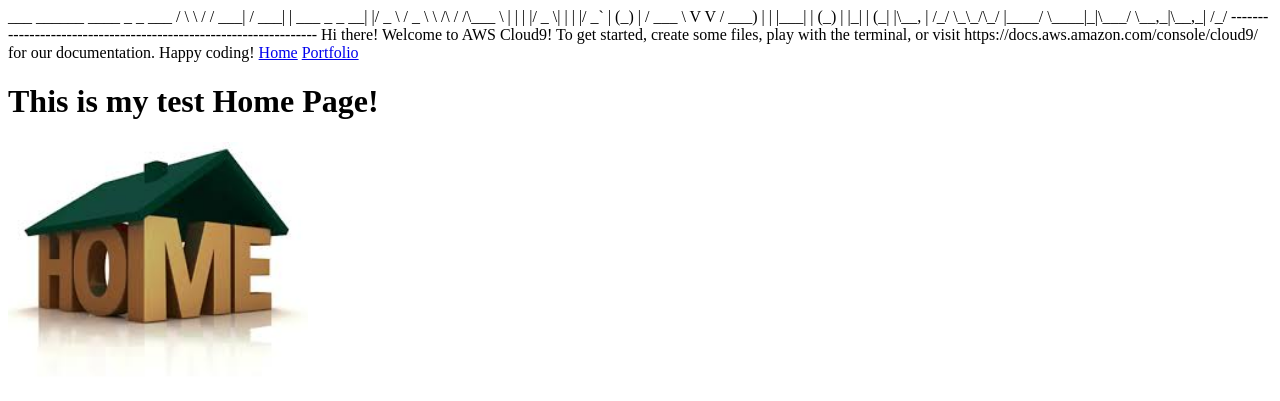
Repository: djensen2080/djensen2080.github.io
Page: my_website/index.html
The author's editor kept a record of every edit. The page is drawn from the files as they stood at one moment, then again after the next edit.
The browser window is 1280 px wide. The pictures show the whole page.

Above is the page before.

After the next edit:
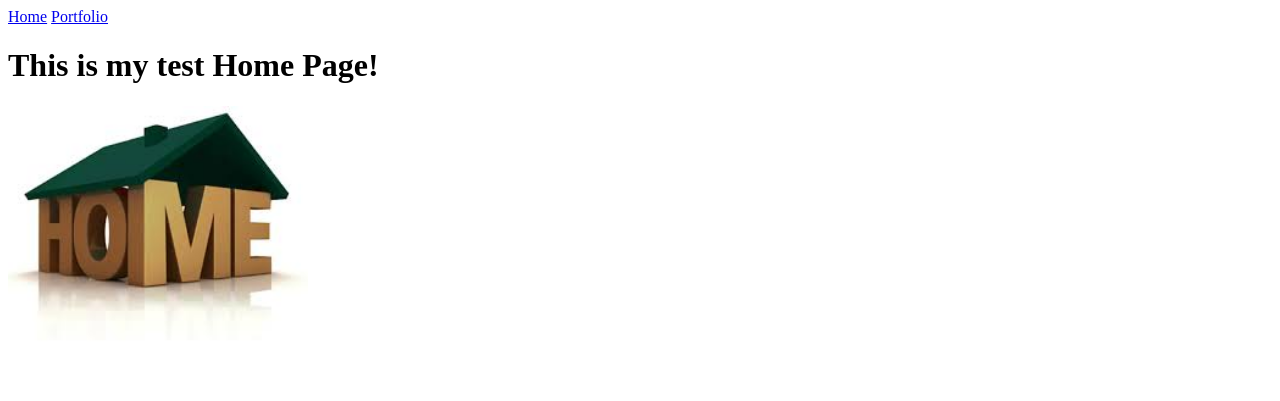
The edit:
--- a/my_website/index.html
+++ b/my_website/index.html
@@ -1,17 +1,5 @@
-         ___        ______     ____ _                 _  ___
-        / \ \      / / ___|   / ___| | ___  _   _  __| |/ _ \
-       / _ \ \ /\ / /\___ \  | |   | |/ _ \| | | |/ _` | (_) |
-      / ___ \ V  V /  ___) | | |___| | (_) | |_| | (_| |\__, |
-     /_/   \_\_/\_/  |____/   \____|_|\___/ \__,_|\__,_|  /_/
- -----------------------------------------------------------------
 
 
-Hi there! Welcome to AWS Cloud9!
-
-To get started, create some files, play with the terminal,
-or visit https://docs.aws.amazon.com/console/cloud9/ for our documentation.
-
-Happy coding!
 <!doctype html>
 <html lang="en">
   <head>
